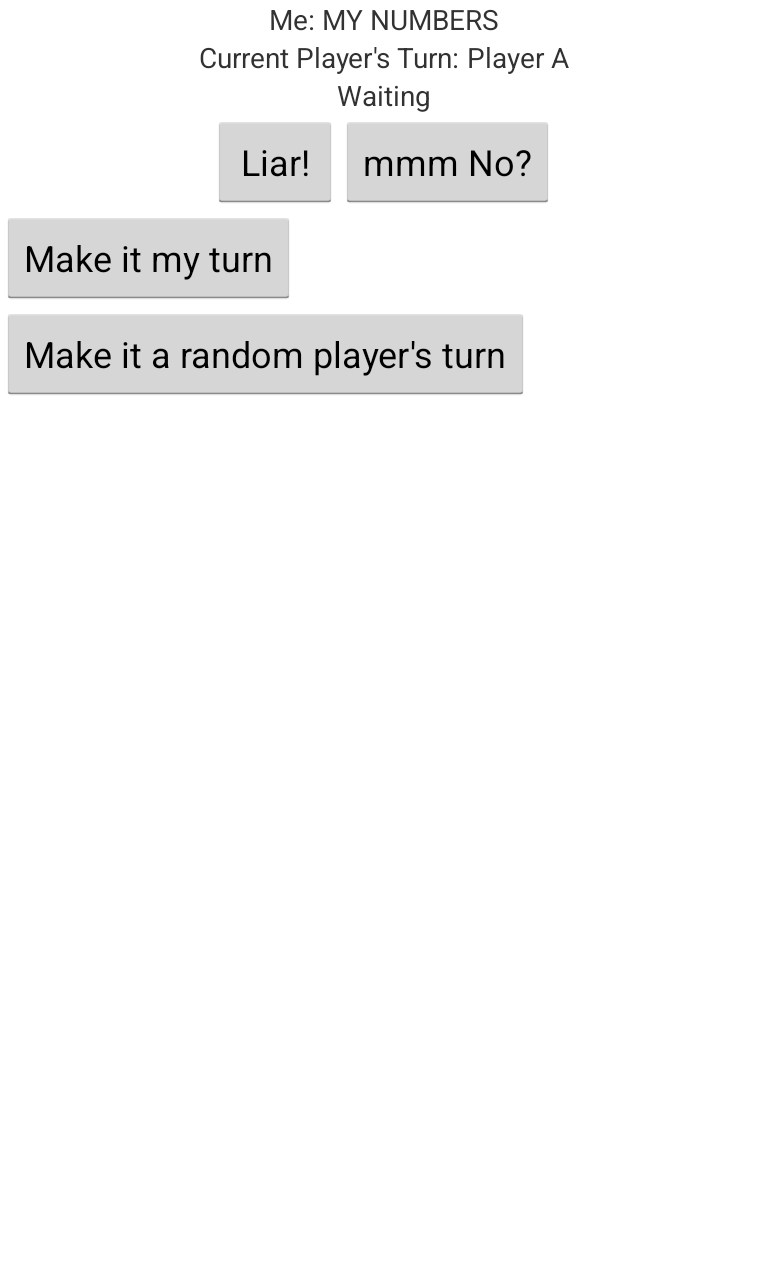
Repository: RayyLim/LiarPoker
Layout: LiarPoker/res/layout/gameroom_main.xml
An editor plug-in stored every save of this project. The layout is shown before and after the next save, followed by the edit.
It is drawn on a 768 x 1280 px phone screen (xhdpi) without system bars, with theme AppTheme; the app's code is not run.

Above is the layout before, as saved 2012-07-22 06:32:11.

After the next save:
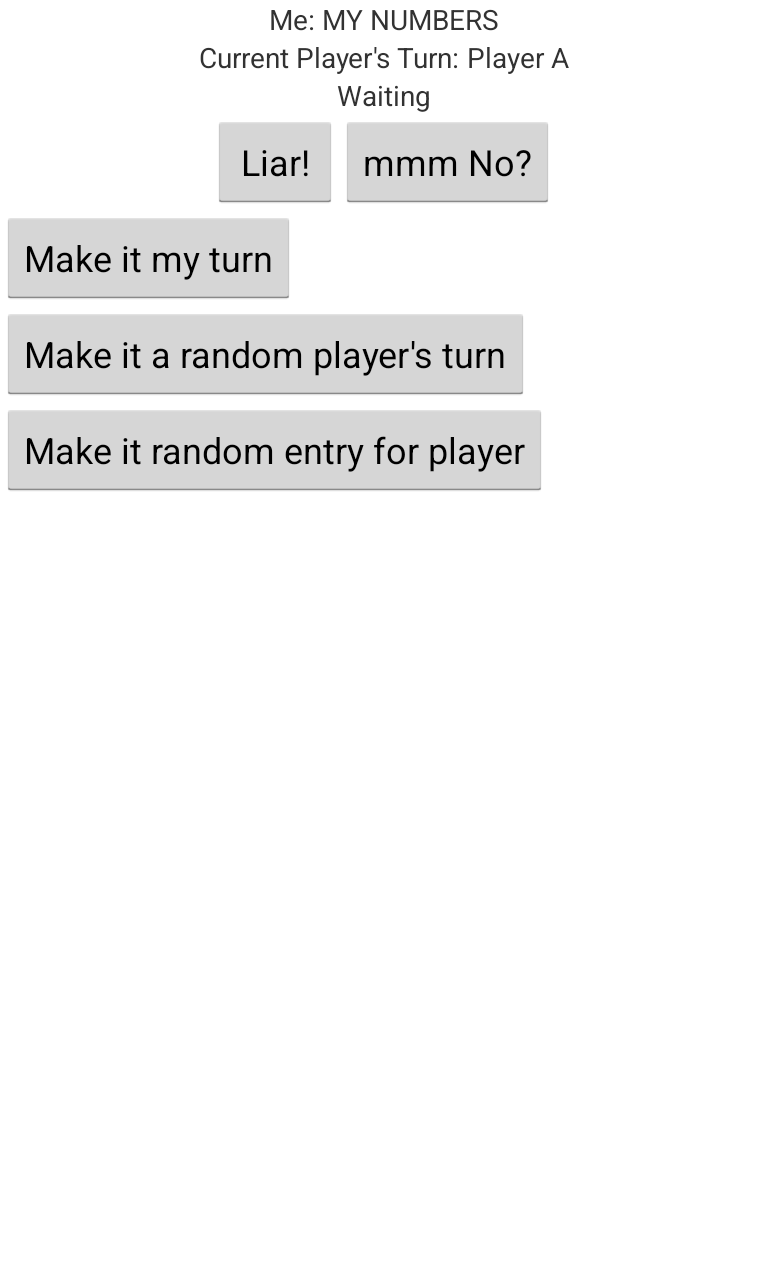
Saved 2 min 17 s later.
--- a/LiarPoker/res/layout/gameroom_main.xml
+++ b/LiarPoker/res/layout/gameroom_main.xml
@@ -63,4 +63,10 @@
 			    android:layout_height="wrap_content"
 			    android:text="Make it a random player's turn" />
 
+						<Button
+			    android:id="@+id/testRandomEntryForPlayer"
+			    android:layout_width="wrap_content"
+			    android:layout_height="wrap_content"
+			    android:text="Make it random entry for player" />
+
 </LinearLayout>
